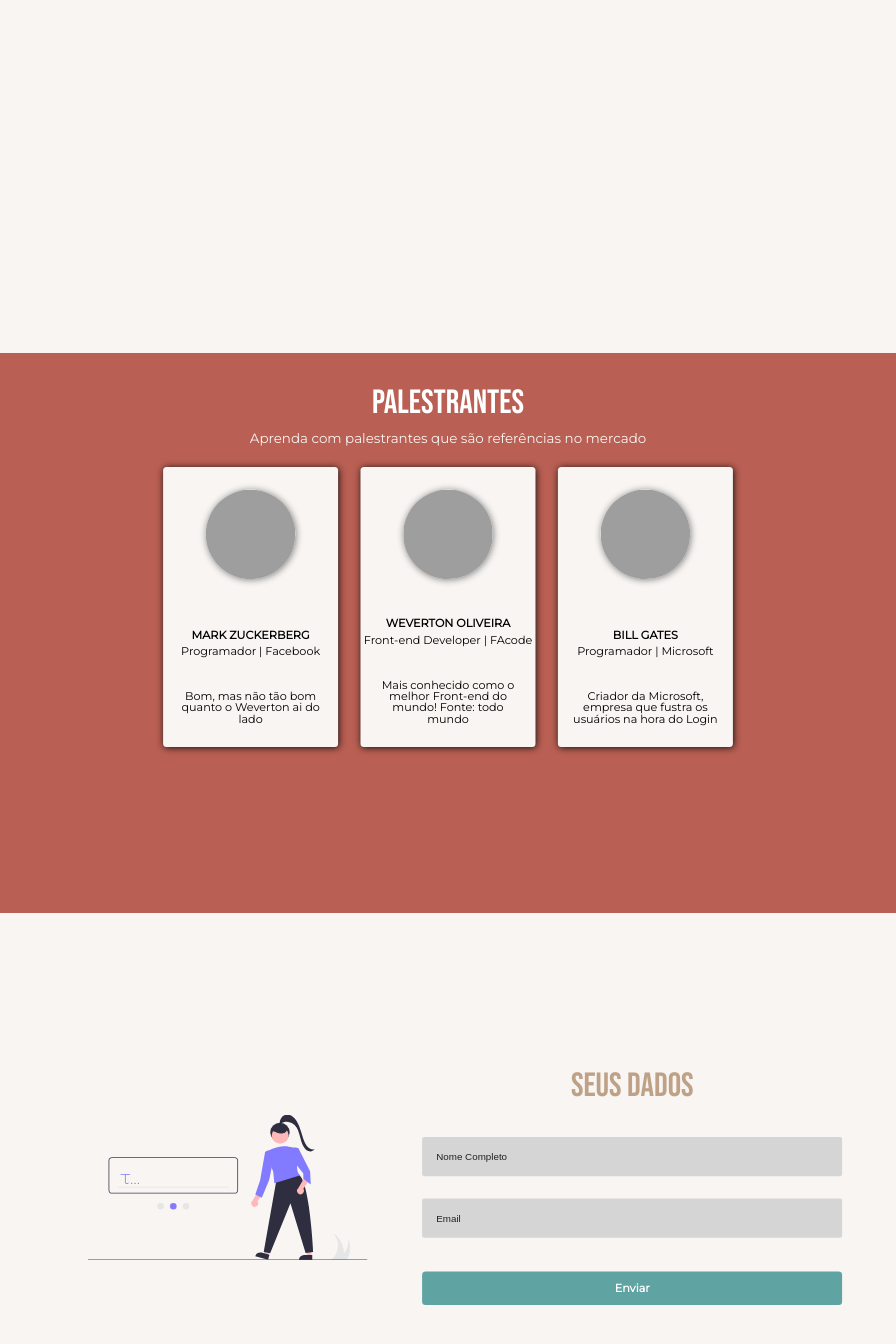
Repository: tomoliveira1/aluraconf
Page: index.html
The author's editor kept a copy of each file at every save. The page is drawn from the files as they stood at one save, then again after the next save.
The browser window is 1280 px wide. The pictures show the part of the page from y = 1015 to 2935 px (the page is 3072 px tall), at 70% of full size.
Pictures or frames that could not be fetched are drawn as grey boxes.

Above is the page before, as saved 2021-10-13 13:45:04.

### index.html
<!-- PROJETO FINAL - ALURACONF -->

<!DOCTYPE html>
<html lang="pt-br">
  <head>
    <meta charset="UTF-8" />
    <meta http-equiv="X-UA-Compatible" content="IE=edge" />
    <meta name="viewport" content="width=device-width, initial-scale=1.0" />
    <title>AluraConf</title>

    <link rel="stylesheet" href="/aluraconf/css/reset.css" />
    <link rel="stylesheet" href="/aluraconf/css/base.css" />

    <link rel="stylesheet" href="aluraconf/css/header.css" />
    <link rel="stylesheet" href="aluraconf/css/about.css" />
    <link rel="stylesheet" href="aluraconf/css/speakers.css" />
    <link rel="stylesheet" href="aluraconf/css/form.css" />

    <link rel="preconnect" href="https://fonts.googleapis.com" />
    <link rel="preconnect" href="https://fonts.gstatic.com" crossorigin />
    <link
      href="https://fonts.googleapis.com/css2?family=Bebas+Neue&family=Montserrat:wght@300;400&display=swap"
      rel="stylesheet"
    />
  </head>
  <body>
    <header class="header container">
      <div class="navigation">
        <nav class="header_nav">
          <ul>
            <li class="header_link"><a href="#about">Sobre</a></li>
            <li class="header_link"><a href="#speakers">Palestrantes</a></li>
          </ul>
        </nav>
      </div>

      <div class="header_text container">
        <h1 class="header_title">aluraconf</h1>
        <h1 class="header_subtitle">30 Maio - Rio</h1>

        <a class="header_button button" href="#subscribe">Inscreva-se</a>
      </div>

      <img
        class="header_image"
        src="aluraconf/img/phone.svg"
        alt="ilustração de uma pessoa usando um computador"
      />
    </header>

    <main>
      <section id="about" class="about container">
        <h1>Muito conteúdo: do frontend ao backend</h1>
        <h2>30 de Maio de 2017 - na Cidade Maravilhosa</h2>
        <p>
          Com a AluraConf abordaremos o que há de novidade e conhecimentos
          essenciais a um desenvolvedor mobile
        </p>
        <p>
          É uma grande chance de ficar por dentro dos assuntos de Android, iOS,
          Wev mobile, desenvolvimento híbrido, UX, além da parte backend com
          Rest, Microservices, e BigData. O desenvolvedor atualizado vai estar
          aqui.
        </p>
      </section>

      <section id="speakers" class="speakers container">
        <h1>Palestrantes</h1>
        <h2>Aprenda com palestrantes que são referências no mercado</h2>

        <div class="cards">
          <div class="card">
            <img
              src="https://i.insider.com/60c1df2b23393a00188e25da?width=1136&format=jpeg"
              alt="foto de perfil Weverton"
              class="profile_picture"
            />

            <div class="info_container">
              <span class="profile_name">Mark Zuckerberg</span>
              <span class="profile_subtitle">Programador | Facebook</span>
              <span class="profile_description"
                >Bom, mas não tão bom quanto o Weverton ai do lado</span
              >
            </div>
          </div>

          <div class="card">
            <img
              src="https://avatars.githubusercontent.com/u/85240595?v=4"
              alt="foto de perfil Weverton"
              class="profile_picture"
            />

            <div class="info_container">
              <span class="profile_name">Weverton Oliveira</span>
              <span class="profile_subtitle">Front-end Developer | FAcode</span>
              <span class="profile_description"
                >Mais conhecido como o melhor Front-end do mundo! Fonte: todo
                mundo</span
              >
            </div>
          </div>

          <div class="card">
            <img
              src="https://conteudo.imguol.com.br/c/tab/85/2020/07/07/o-empresario-e-filantropo-bill-gates-1594123769189_v2_450x337.jpg"
              alt="foto de perfil Weverton"
              class="profile_picture"
            />

            <div class="info_container">
              <span class="profile_name">Bill Gates</span>
              <span class="profile_subtitle">Programador | Microsoft</span>
              <span class="profile_description"
                >Criador da Microsoft, empresa que fustra os usuários na hora do Login</span
              >
            </div>
          </div>
        </div>
      </section>

      <section id="subscribe" class="form container">
        <img
          src="aluraconf/img/form-image.svg"
          alt="Ilustração de cadastro"
          class="form_image"
        />

        <div class="inputs">
          <h1>seus dados</h1>
          <form>
            <label class="custom_field">
              <input
                class="form_input"
                type="text"
                id="nome"
                placeholder="Nome Completo"
              />
            </label>

            <label class="custom_field">
              <input
                class="form_input"
                type="text"
                id="email"
                placeholder="Email"
              />
            </label>
          </form>

          <a class="submit_button button">Enviar</a>
        </div>
      </section>
    </main>
  </body>
</html>

### aluraconf/css/base.css
/* Cores */
:root {
  --white: #fff;
  --beige: #bea187;
  --light-beige: #F8F5F2;
  --red: #eb4b36;
  --bg-orange: #BA5F53;
  --bg-color-darker: #282355;
  --bg-color-lighter: #533a8a;
  --text-color: #3f434f;
  --button: #5fa3a3;
  --clr-primary: #651fff;
  --clr-gray: #37474f;
  --clr-gray-light: #b0bec5;
  --input: #d5d5d5;

  --bebas-neue: "Bebas Neue", cursive;
  --montserrat: "Montserrat", sans-serif;
}

html {
  scroll-behavior: smooth;
}

body {
  font-family: "Bebas Neue", cursive;
  font-family: "Montserrat", sans-serif;
}

.container {
  padding-right: 6%;
  padding-left: 6%;
}

.button {
  background-color: var(--button);
  color: var(--white);
  font-weight: 600;
  text-align: center;
  display: block;
  box-sizing: border-box;
  padding: 1rem 2rem;
  border-radius: 5px;
}

### aluraconf/css/header.css
.header {
  background-image: linear-gradient(
    var(--bg-color-darker),
    var(--bg-color-lighter)
  );

  width: 100%;
  min-height: 100vh;

  box-sizing: border-box;

  display: flex;
  flex-direction: column;
  align-items: center;

  padding-top: 0.75rem;
  padding-bottom: 0.75rem;
}

.header_nav {
  text-align: center;
}

.header_link {
  color: var(--white);
  font-size: 1rem;
  font-weight: 600;

  display: inline-block;

  margin-right: 0.7rem;
  margin-bottom: 4rem;
  margin-left: 0.7rem;

  padding: 0.75rem 1.25rem;
}

.header_title {
  font-family: "Bebas Neue", cursive;
  color: var(--white);
  font-size: 5rem;
}

.header_subtitle {
  font-family: "Bebas Neue", cursive;
  font-size: 3.5rem;
  color: var(--red);
  margin-bottom: 6rem;
}

.header_button {
  width: 100%;
}

.header_image {
  display: none;
}

@media screen and (min-width: 1024px) {
  .navigation {
    width: 100%;
    align-items: center;
  }

  .header_title {
    font-size: 7rem;
  }

  .header_subtitle {
    font-size: 5rem;
  }

  .header_button {
    width: 300px;
    padding: 30px;
    font-size: 25px;
  }

  .header_text {
    align-items: center;
    margin-top: 2rem;
    margin-left: 3rem;
    display: flex;
    flex-direction: column;
  }

  .header {
    align-items: start;
  }

  .header_link {
    align-content: center;
    font-size: 0.75rem;
    position: relative;
  }

  .header_image {
    width: 450px;
    display: flex;
    position: absolute;
    left: 55%;
    top: 30%;
  }
}

### aluraconf/css/about.css
.about {
  background-color: var(--light-beige);
  min-height: 100vh;
  padding: 3rem 5% 2rem;
  line-height: 1.2;
}

.about h1 {
  font-family: "Bebas Neue", cursive;
  color: var(--beige);
  text-transform: uppercase;
  text-align: center;
  font-size:3rem;
  margin-bottom: 1rem;
}

.about h2 {
  color: var(--bg-color-darker);
  font-family: "Montserrat", sans-serif;
  font-weight: bold;
  text-align: center;
  font-size: 1.2rem;
  margin-bottom: 1rem;
}

.about p {
  color: var(--text-color);
  width: 100%;
  display: block;
  text-align: center;
  margin-bottom: 1rem;
  margin-right: 0;
}

### aluraconf/css/speakers.css
.speakers {
  min-height: 100vh;
  background-color: var(--bg-orange);
  padding: 3rem 5% 2rem;
  align-items: center;
  display: flex;
  flex-direction: column;
}

h1 {
  font-family: "Bebas Neue", cursive;
  color: var(--white);
  text-transform: uppercase;
  text-align: center;
  font-size: 3rem;
  margin: ;
  margin-bottom: 1rem;
}

h2 {
  font-family: var(--montserrat);
  color: var(--light-beige);
  text-align: center;
  font-size: 1.2rem;
  margin-bottom: 1rem;
}

.cards {
  display: flex;
  flex-direction: column;
  align-items: center;
}

.card {
  width: 250px;
  height: 400px;
  background-color: var(--light-beige);
  border-radius: 5px;
  box-shadow: 1px 1px 10px rgb(15, 15, 15);
  display: flex;
  flex-direction: column;
  justify-content: space-between;
  align-items: center;
  margin: 1rem;
}

.profile_picture {
  margin-top: 2rem;
  width: 8rem;
  height: 8rem;
  border-radius: 50%;
  box-shadow: 1px 1px 10px grey;
}

.info_container {
  width: 100%;
  display: flex;
  flex-direction: column;
  align-items: center;
}

.profile_name {
  margin: 2rem 2rem 0.5rem;
  font-weight: bold;
  text-transform: uppercase;
}

.profile_subtitle {
  margin-bottom: 2rem;
}

.profile_description {
  margin: 1rem;
  margin-bottom: 2rem;
  text-align: center;
}

@media screen and (min-width: 1024px) {
  .cards {
    flex-direction: row;
  }

  .card:hover {
    cursor: pointer;
    transform: translateY(10px);
    transition: all 0.3s ease;
  }
}

### aluraconf/css/form.css
.form {
  display: flex;
  flex-direction: column;
  background-color: var(--light-beige);
  min-height: 70vh;
  padding-top: 2rem;
  align-items: center;
  min-height: 100vh;
}

.form h1 {
  font-family: "Bebas Neue", cursive;
  color: var(--beige);
  text-transform: uppercase;
  text-align: center;
  font-size: 3rem;
  margin-bottom: 1rem;
}

.custom_field {
  position: relative;
  font-size: 14px;
  padding-top: 20px;
  margin-bottom: 5px;
}

.custom_field input {
  width: 100%;
  box-sizing: border-box;
  border: none;
  appearance: none;
  background: var(--input);
  padding: 20px;
  border-radius: 3px;
  margin-top: 2rem;
  outline: none;
  font-size: 14px;
}

.curstom_field span {
  position: absolute;
  left: 12px;
  top: 50%;
}

input:focus::placeholder {
  color: rgb(143, 143, 143);
}

input::placeholder {
  color: #222;
  transition: color 0.3s ease;
}

.submit_button {
  width: 100%;
  margin-top: 3rem;
  cursor: pointer;
}

.form_image {
  display: none;
}

@media screen and (min-width: 1024px) {
  .form {
    flex-direction: row;
    justify-content: space-between;
  }

  .submit_button {
    width: 600px;
  }

  .inputs {
    flex-direction: column;
  }

  .form_image {
    margin-left: 3rem;
    width: 400px;
    display: flex;
    position: relative;
  }
}

Loaded but not shown: aluraconf/css/reset.css (common file)

After the next save:
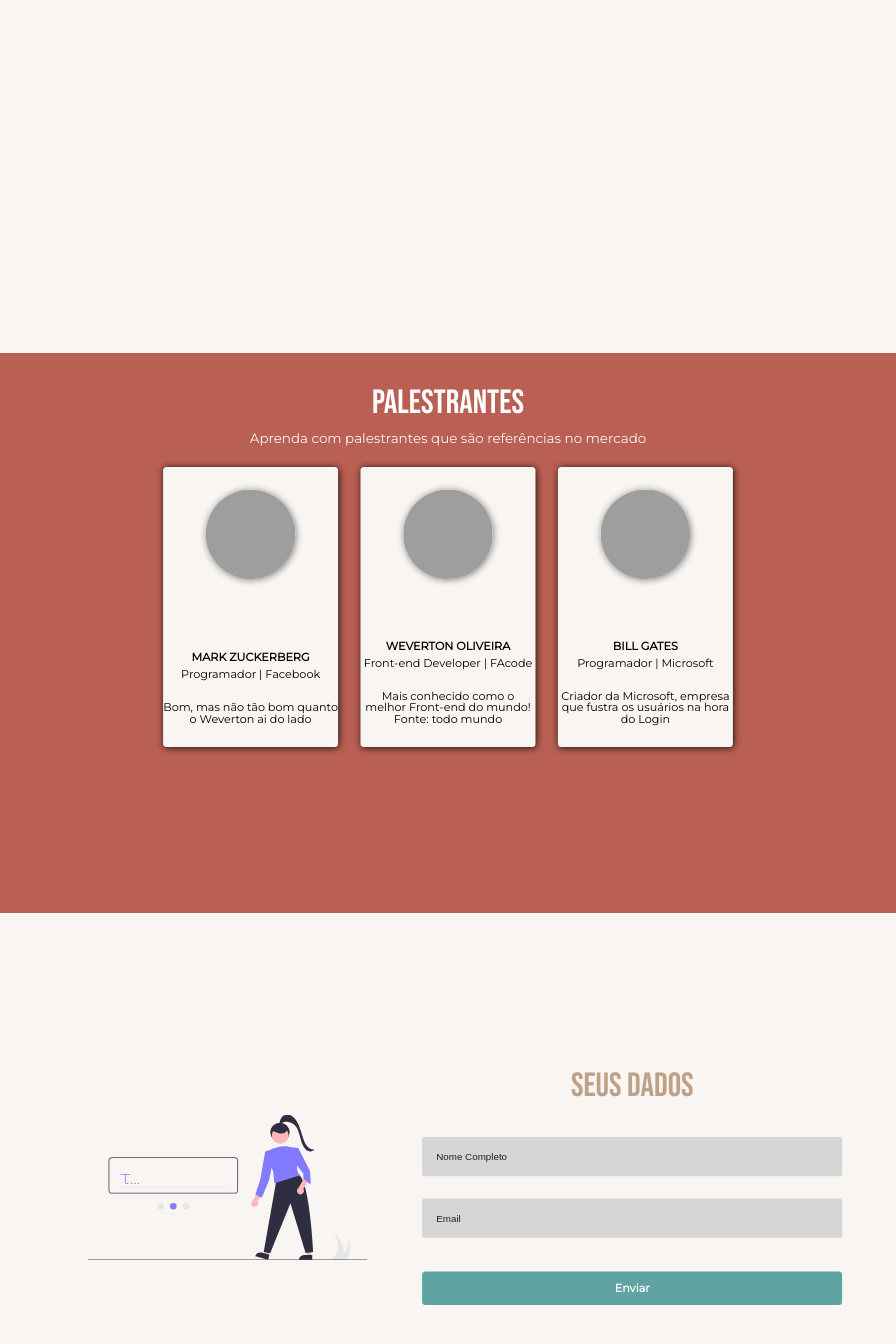
Saved 6 s later.
--- a/aluraconf/css/speakers.css
+++ b/aluraconf/css/speakers.css
@@ -70,7 +70,7 @@
 }
 
 .profile_description {
-  margin: 1rem;
+  margin: 1eem;
   margin-bottom: 2rem;
   text-align: center;
 }

After the save that followed:
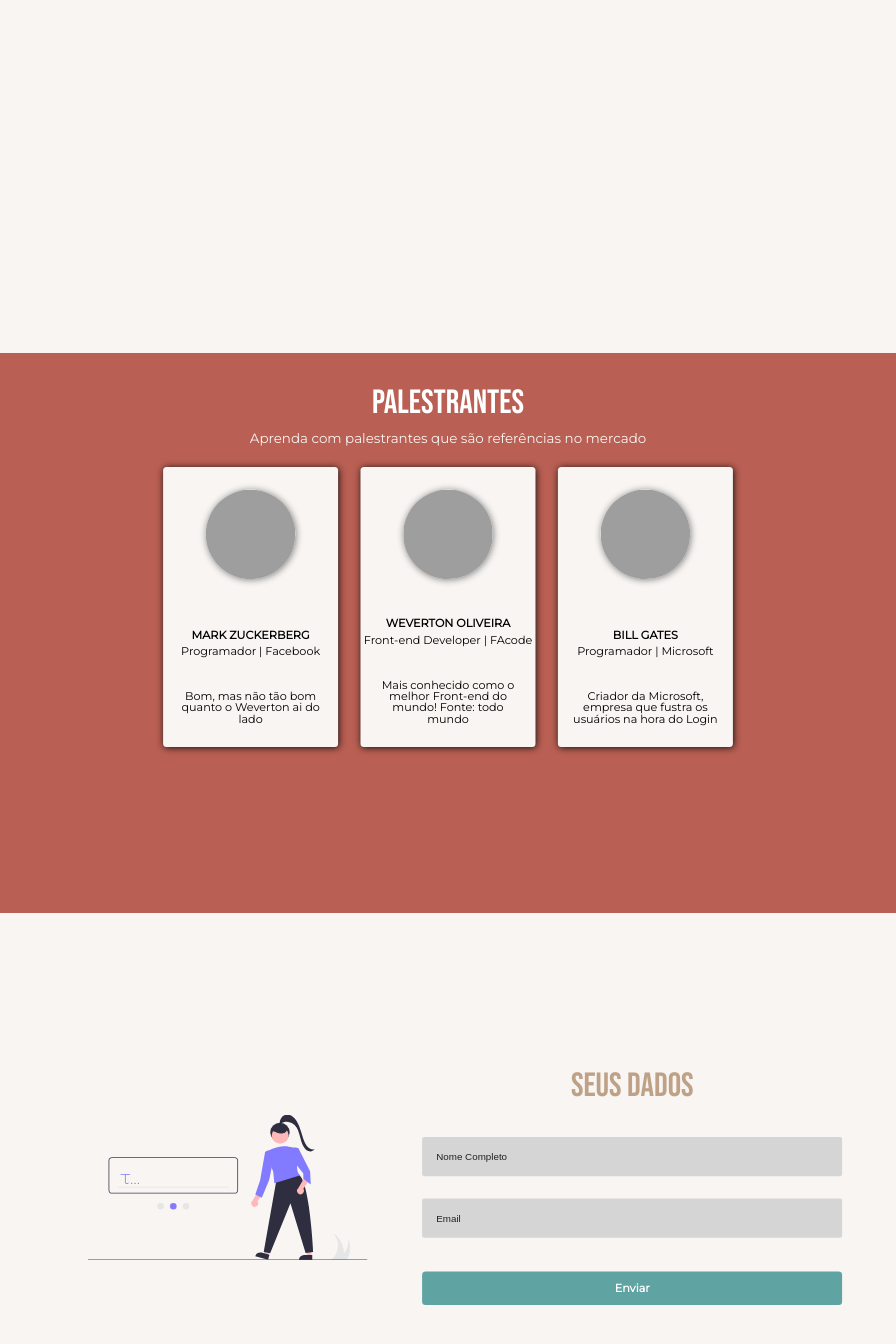
Saved 7 s later.
--- a/aluraconf/css/speakers.css
+++ b/aluraconf/css/speakers.css
@@ -70,7 +70,7 @@
 }
 
 .profile_description {
-  margin: 1eem;
+  margin: 1rem;
   margin-bottom: 2rem;
   text-align: center;
 }
